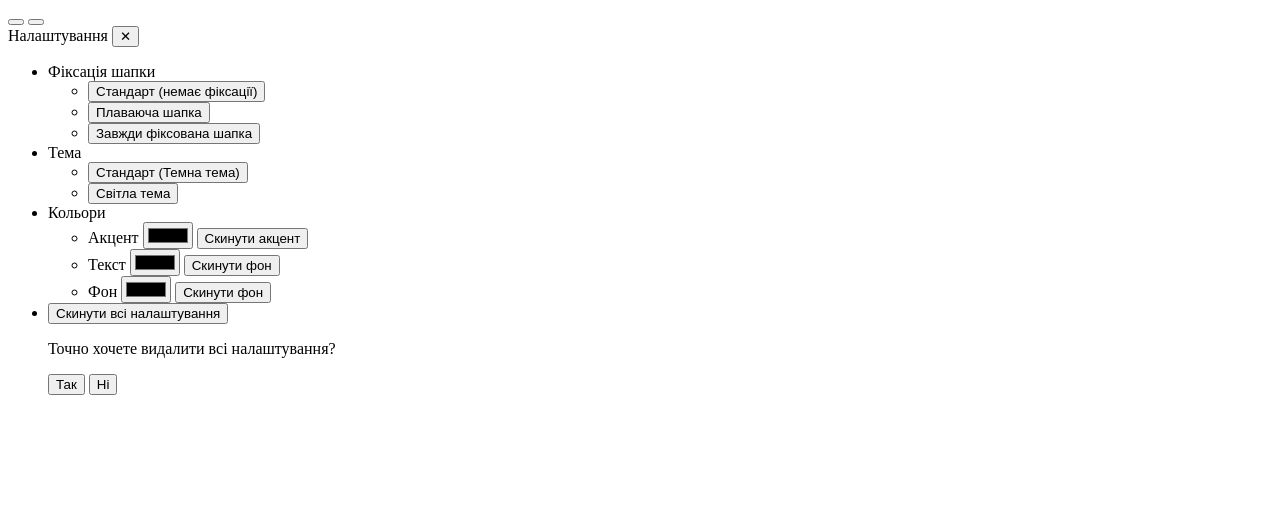
Repository: BogdanLazebnika/bogdanelo
Page: components/options.html
The author's editor kept a copy of each file at every save. The page is drawn from the files as they stood at one save, then again after the next save.
The browser window is 1280 px wide. The pictures show the whole page.

Above is the page before, as saved 2025-08-05 17:04:49.

### components/options.html
<div class="button-open-options-container">
  <div class="button-open-options-container-content">


    <div class="button-options-container">

        <div class="vertical-line-options"></div>


        <button class="button-open-options-button">
            <div id="button-open-options-button-icon"></div>
        </button>

        <button class="button-hide-button-options-icon">
            <div id="button-hide-button-options-icon"></div>
        </button>
    </div>

    <div id="draggable-options" class="button-open-options-list hidden">
        <div class="settings-panel-header">
            <span>Налаштування</span>
            <button onclick="closeSettingsPanel()">✕</button>
        </div>
      <ul class="button-open-options-list-list-one-level">

        <!-- FixedHeader -->
        <li class="button-open-options-list-item">
          <span>Фіксація шапки</span>
          <ul class="button-open-options-list-list-two-level">
            <li><button onclick="updateUserSetting('fixedHeader', undefined)">Стандарт (немає фіксації)</button></li>
            <li><button onclick="updateUserSetting('fixedHeader', true)">Плаваюча шапка</button></li>
            <li><button onclick="updateUserSetting('fixedHeader', 'always')">Завжди фіксована шапка</button></li>
          </ul>
        </li>

       <!-- Theme -->
        <li class="button-open-options-list-item">
          <span>Тема</span>
          <ul class="button-open-options-list-list-two-level">
            <li><button onclick="updateUserSetting('theme', undefined)">Стандарт (Темна тема)</button></li>
            <li><button onclick="updateUserSetting('theme', 'light')">Світла тема</button></li>
          </ul>
        </li>

        <!-- Accent Color -->
        <li class="button-open-options-list-item">
          <span>Кольори</span>
          <ul class="button-open-options-list-list-two-level">
            <li>
              <span>Акцент</span>
              <input type="color" id="accentColorPicker">
              <button id="accentColorResetBtn">Скинути акцент</button>
            </li>
            <li>
              <span>Текст</span>
              <input type="color" id="backgroundColorPicker">
              <button id="backgroundColorResetBtn">Скинути фон</button>
            </li>
            <li>
              <span>Фон</span>
              <input type="color" id="textColorPicker">
              <button id="textColorResetBtn">Скинути фон</button>
            </li>
          </ul>
        </li>

        <li class="button-open-options-list-item">
          <button id="resetAllSettingsBtn">Скинути всі налаштування</button>

          <!-- Модалка підтвердження -->
          <div id="confirmResetModal" class="modal-clear-options hidden">
            <div class="modal-content-clear-options">
              <p>Точно хочете видалити всі налаштування?</p>
              <div class="modal-buttons-clear-options">
                <button id="confirmResetYes">Так</button>
                <button id="confirmResetNo">Ні</button>
              </div>
            </div>
          </div>
        </li>
      </ul>
    </div>
  </div>
</div>

After the next save:
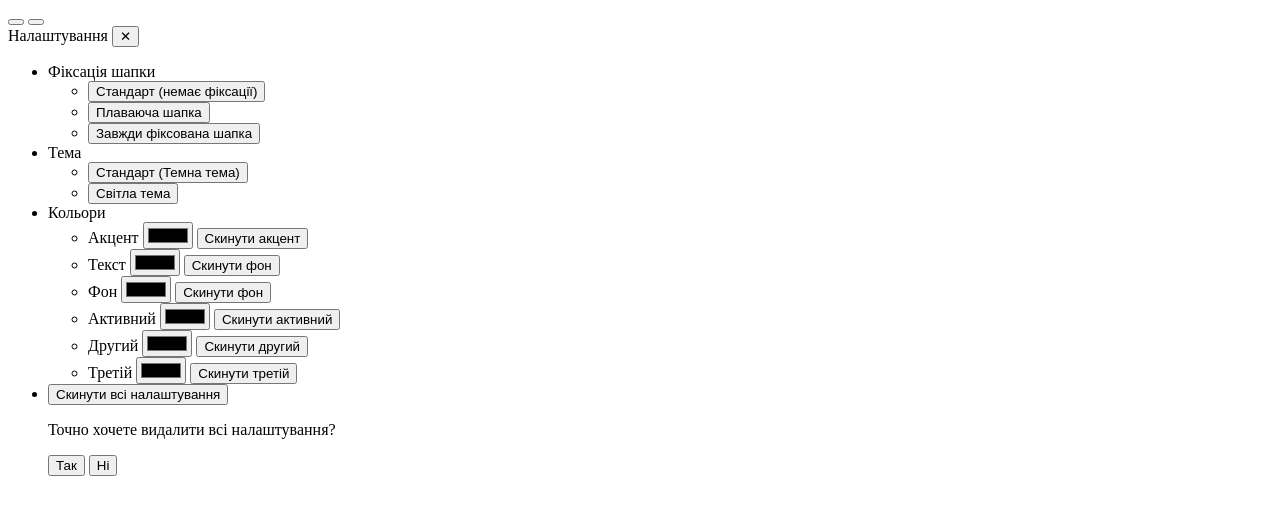
Saved 3 min 7 s later.
--- a/components/options.html
+++ b/components/options.html
@@ -61,6 +61,22 @@
               <input type="color" id="textColorPicker">
               <button id="textColorResetBtn">Скинути фон</button>
             </li>
+            <li>
+  <span>Активний</span>
+  <input type="color" id="activeColorPicker">
+  <button id="activeColorResetBtn">Скинути активний</button>
+</li>
+<li>
+  <span>Другий</span>
+  <input type="color" id="secondColorPicker">
+  <button id="secondColorResetBtn">Скинути другий</button>
+</li>
+<li>
+  <span>Третій</span>
+  <input type="color" id="thirdColorPicker">
+  <button id="thirdColorResetBtn">Скинути третій</button>
+</li>
+
           </ul>
         </li>
 
